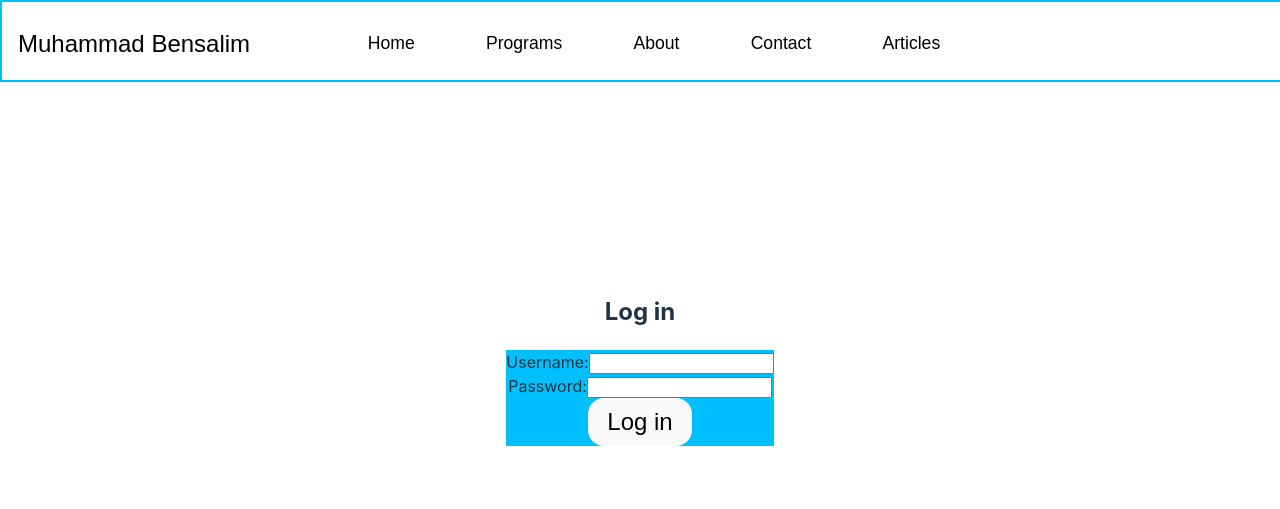
Repository: TMuse333/fitness_templates
Page: /progress
An editor plug-in stored every save of this project. The page is shown before and after the next save, followed by the edit.
The browser window is 1280 px wide. The pictures show the whole page.
The project was rebuilt for these pictures with package versions that can differ from the ones it lists, and the page was loaded fresh each time. Also part of the build but not shown: vite.config.js, src/components/herobanner/herobanner.css, src/components/herobanner/herobanner.jsx, src/components/about/about.css, src/components/about/about.jsx, src/components/serviceOffering/serviceOffering.css, src/components/serviceOffering/serviceOffering.jsx, src/data/data.js and 33 more. Imported but missing from the stored project, and not drawn on this page: src/media/best_dunk.mp4.

Above is the page before, as saved 2024-03-09 19:22:02.

After the next save:
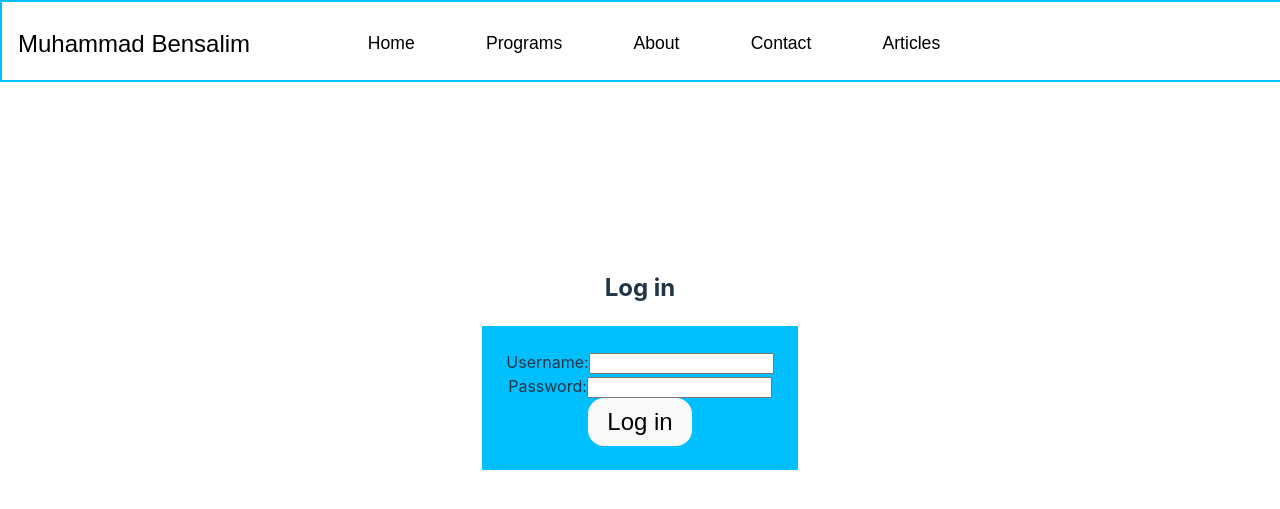
Saved 9 s later.
--- a/src/components/login/login.css
+++ b/src/components/login/login.css
@@ -1,3 +1,4 @@
 .login-box{
     background-color: #00bfff;
+    padding:1.5rem
 }
